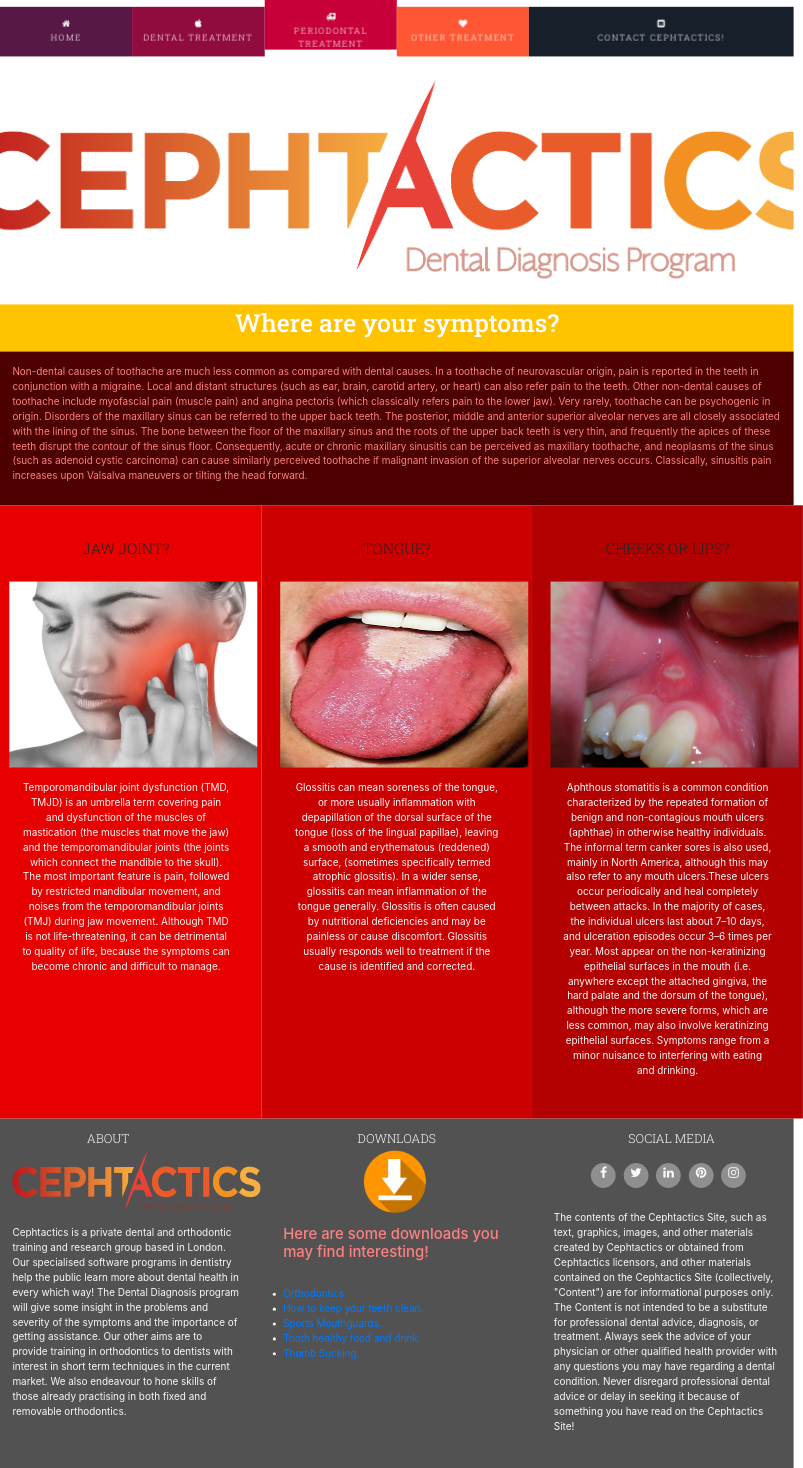
Repository: Code-Institute-Submissions/Rajjabbal-milestone-project
Page: 3other.html
The author's editor kept a record of every edit. The page is drawn from the files as they stood at one moment, then again after the next edit.
The browser window is 1280 px wide. The page is 1295 px wide, so the pictures cover 1295 px, including what lies to the right of the window. The pictures show the whole page, at 62% of full size.
Some web libraries are served in a nearby version.

Above is the page before.

After the next edit:
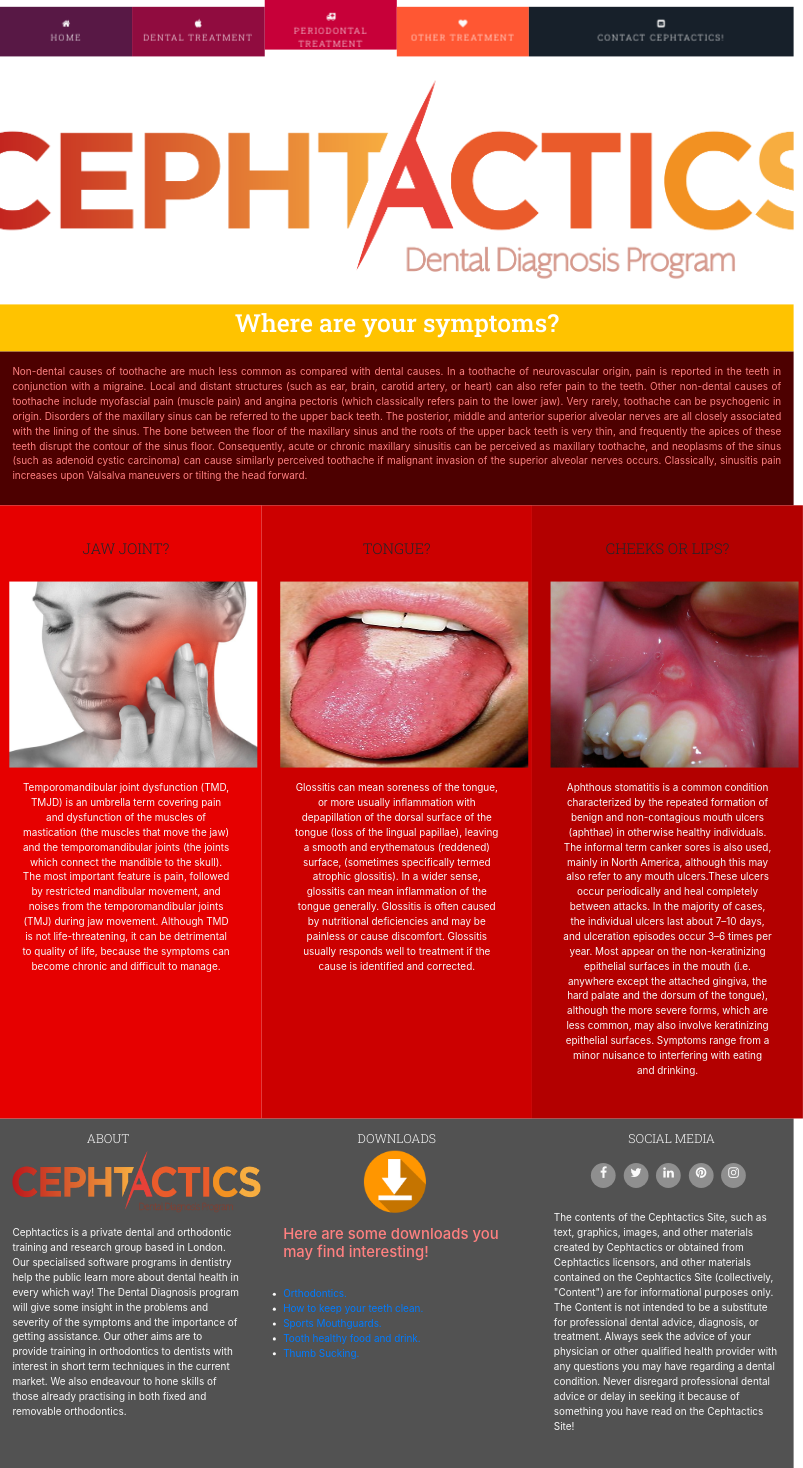
The edit:
--- a/3other.html
+++ b/3other.html
@@ -53,7 +53,7 @@
 
     <section class="container-fluid">
         <div class="blurb">
-            <p>Non-dental causes of toothache are much less common as compared with dental causes. In a toothache of neurovascular origin, pain is reported in the teeth in conjunction with a migraine. Local and distant structures (such as ear, brain, carotid
+            <p align="justify">Non-dental causes of toothache are much less common as compared with dental causes. In a toothache of neurovascular origin, pain is reported in the teeth in conjunction with a migraine. Local and distant structures (such as ear, brain, carotid
                 artery, or heart) can also refer pain to the teeth. Other non-dental causes of toothache include myofascial pain (muscle pain) and angina pectoris (which classically refers pain to the lower jaw). Very rarely, toothache can be psychogenic
                 in origin. Disorders of the maxillary sinus can be referred to the upper back teeth. The posterior, middle and anterior superior alveolar nerves are all closely associated with the lining of the sinus. The bone between the floor of the
                 maxillary sinus and the roots of the upper back teeth is very thin, and frequently the apices of these teeth disrupt the contour of the sinus floor. Consequently, acute or chronic maxillary sinusitis can be perceived as maxillary toothache,
